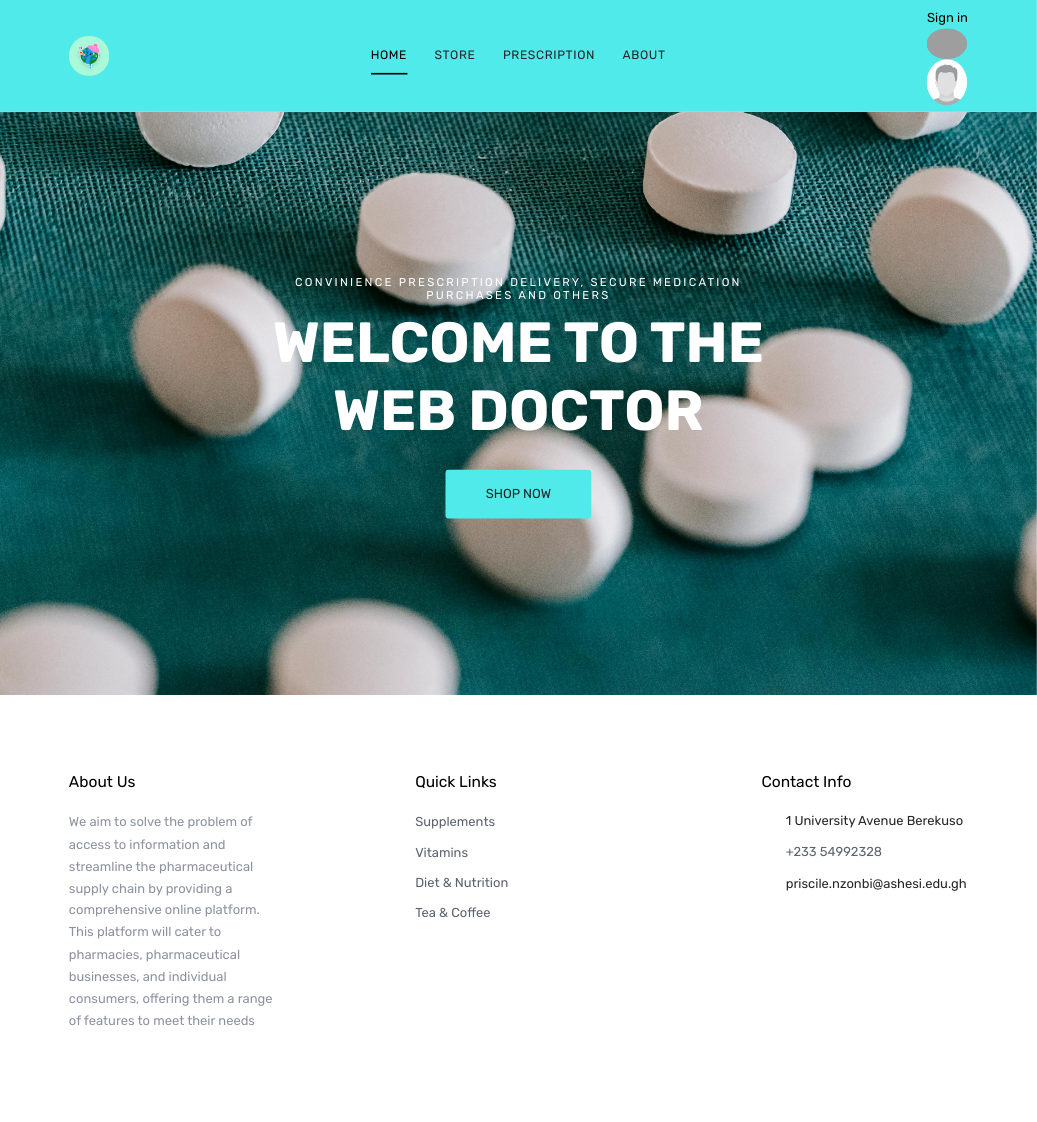
Repository: Argivist/Web-Doctor
Page: http://localhost/view/home.php
The author's editor kept a copy of each file at every save. The page is drawn from the files as they stood at one save, then again after the next save.
The browser window is 1280 px wide. The pictures show the whole page, at 81% of full size.
Pictures or frames that could not be fetched are drawn as grey boxes. Some web fonts or font styles are not loaded; a fallback is used. The page is run by PHP 8.4 with error messages shown; the project is at /var/www/html/.

Above is the page before, as saved 2024-03-09 18:03:52.

### view/home.php
<?php
include "../settings/connection.php";
session_start();
?>
<!DOCTYPE html>
<html lang="en">

<head>
  <meta charset="UTF-8">
  <meta name="viewport" content="width=device-width, initial-scale=1.0">
  <title>Home</title>
  <link rel="icon" href="../img/logo/logo.png" />

  <link href="https://fonts.googleapis.com/css?family=Rubik:400,700|Crimson+Text:400,400i" rel="stylesheet">
  <link rel="stylesheet" href="fonts/icomoon/style.css">
  <link rel="stylesheet" href="../css/bootstrap.min.css">
  <link rel="stylesheet" href="../css/magnific-popup.css">
  <link rel="stylesheet" href="../css/jquery-ui.css">
  <link rel="stylesheet" href="../css/owl.carousel.min.css">
  <link rel="stylesheet" href="../css/owl.theme.default.min.css">
  <link rel="stylesheet" href="../css/style.css">
  <link rel="stylesheet" href="../css/aos.css">
</head>

<body>
  <div class="site-wrap">

    <!--Navigation Bar-->
    <div class="site-navbar bg-primary py-2">
      <div class="container">
        <div class="d-flex align-items-center justify-content-between">
          <div class="logo">
            <div class="site-logo">
              <a href="home.php" class="js-logo-clone"><img src="../img/logo/logo.png" style="width:50px; border-radius:50px;" alt="logo" /></a>
            </div>
          </div>
          <div class="main-nav d-lg-block">
            <nav class="site-navigation text-right text-md-center" role="navigation">
              <ul class="site-menu js-clone-nav d-lg-block">
                <li class="active"><a href="home.php">Home</a></li>
                <li><a href="shop.php">Store</a></li>
                <li class=""><a href="prescription.php">Prescription</a></li>

                <li><a href="aboutus.php">About</a></li>

              </ul>
            </nav>
          </div>
          <div class="d-lg-block">
                      <?php
          if (isset($_SESSION['id'])) {
            echo "<div class='logout'><a href='../actions/logout.php'>Logout</a></div>";
          } else {
            echo "<div class='login'><a href='../login/login.php'>Sign in</a></div>";
          } ?>
          <!-- cart -->
          <?php
              if (isset($_SESSION['id'])) {
                echo "<a href='cart.php'>Cart</a>";
              } else {
                echo "<a href='../login/login.php'><img src='../img/cart.png' alt='Image' class='rounded-circle' style='width:50px; border-radius:50px;'></a>";
              }
            ?>

          <div class="profile">
            <!-- profile -->
            <a href="
                        <?php
                        if (isset($_SESSION['id'])) {
                          echo "profile.php";
                        } else {
                          echo "../login/login.php";
                        }
                        ?>
                        "><img src="
                        <?php
                        if (isset($_SESSION['id'])) {
                          echo "../img/profile.jpg";
                        } else {
                          echo "../img/default_profile.jpg";
                        }
                        ?>
                        " alt="Image" class="rounded-circle" style="width:50px; border-radius:50px;"></a>
          </div></div>
        </div>
      </div>
    </div>

    <!--Main Content-->
    <!--Image By: Photo by Alex Green: https://www.pexels.com/photo/pile-of-white-spilled-pills-5699514/-->
    <div class="site-blocks-cover" style="background-image: url('../img/background/pharmacy_1.jpg');">
      <div class="container">
        <div class="row">
          <div class="col-lg-7 mx-auto order-lg-2 align-self-center">
            <div class="site-block-cover-content text-center">
              <h2 class="sub-title">Convinience Prescription Delivery, Secure Medication Purchases and others</h2>
              <h1>Welcome To The Web Doctor</h1>
              <p>
                <a href="
                        <?php
                        if (isset($_SESSION['id'])) {
                          echo "shop.php";
                        } else {
                          echo "../login/login.php";
                        }
                        ?>" class="btn btn-primary px-5 py-3">Shop Now</a>
              </p>
            </div>
          </div>
        </div>
      </div>
    </div>
    <footer class="site-footer">
      <div class="container">
        <div class="row">
          <div class="col-md-6 col-lg-3 mb-4 mb-lg-0">

            <div class="block-7">
              <h3 class="footer-heading mb-4">About Us</h3>
              <p>We aim to solve the problem of access to information and streamline the pharmaceutical supply chain by providing a
                comprehensive online platform. This platform will cater to pharmacies, pharmaceutical businesses, and individual consumers,
                offering them a range of features to meet their needs</p>
            </div>

          </div>
          <div class="col-lg-3 mx-auto mb-5 mb-lg-0">
            <h3 class="footer-heading mb-4">Quick Links</h3>
            <ul class="list-unstyled">
              <li><a href="#">Supplements</a></li>
              <li><a href="#">Vitamins</a></li>
              <li><a href="#">Diet &amp; Nutrition</a></li>
              <li><a href="#">Tea &amp; Coffee</a></li>
            </ul>
          </div>

          <div class="col-md-6 col-lg-3">
            <div class="block-5 mb-5">
              <h3 class="footer-heading mb-4">Contact Info</h3>
              <ul class="list-unstyled">
                <li class="address">1 University Avenue Berekuso</li>
                <li class="phone"><a href="tel://23923929210">+233 54992328</a></li>
                <li class="email">priscile.nzonbi@ashesi.edu.gh</li>
              </ul>
            </div>


          </div>
        </div>

      </div>
    </footer>
</body>

</html>

### settings/connection.php

<?php
// $server="localhost";
// $user="root";
// $passwd="cs341webtech";
// $db="web_doctors";

// $conn=mysqli_connect($server,$user,$passwd,$db) or die("Connection failed :: ".$conn->error);
?>

<?php
$server="localhost:3307";
$user="root";
$passwd="root";
$db="web_doctors";

$conn=mysqli_connect($server,$user,$passwd,$db) or die("Connection failed :: ".$conn->error);
?>

Loaded but not shown: css/bootstrap.min.css (library); css/magnific-popup.css (library); css/jquery-ui.css (library); css/owl.carousel.min.css (common file); css/owl.theme.default.min.css (common file); css/aos.css (library); css/style.css (1125 lines, source omitted)

After the next save:
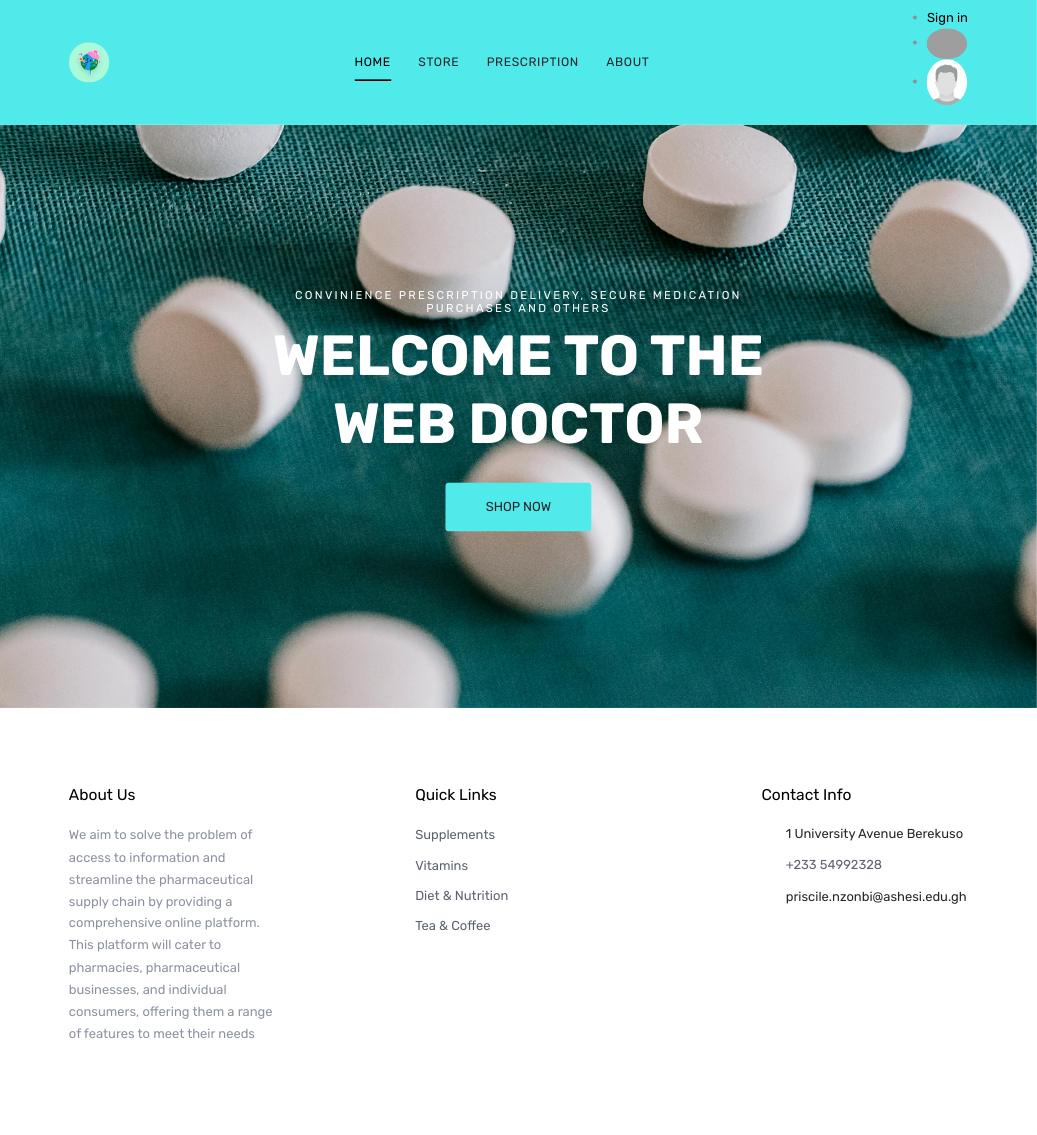
Saved 53 s later.
--- a/view/home.php
+++ b/view/home.php
@@ -47,12 +47,13 @@ session_start();
             </nav>
           </div>
           <div class="d-lg-block">
-                      <?php
+          <ul class="site-menu js-clone-nav d-lg-block">
+                  <li>  <?php
           if (isset($_SESSION['id'])) {
             echo "<div class='logout'><a href='../actions/logout.php'>Logout</a></div>";
           } else {
             echo "<div class='login'><a href='../login/login.php'>Sign in</a></div>";
-          } ?>
+          } ?></li><li>
           <!-- cart -->
           <?php
               if (isset($_SESSION['id'])) {
@@ -60,7 +61,7 @@ session_start();
               } else {
                 echo "<a href='../login/login.php'><img src='../img/cart.png' alt='Image' class='rounded-circle' style='width:50px; border-radius:50px;'></a>";
               }
-            ?>
+            ?></li><li>
 
           <div class="profile">
             <!-- profile -->
@@ -81,7 +82,7 @@ session_start();
                         }
                         ?>
                         " alt="Image" class="rounded-circle" style="width:50px; border-radius:50px;"></a>
-          </div></div>
+          </div></li></ul></div>
         </div>
       </div>
     </div>
